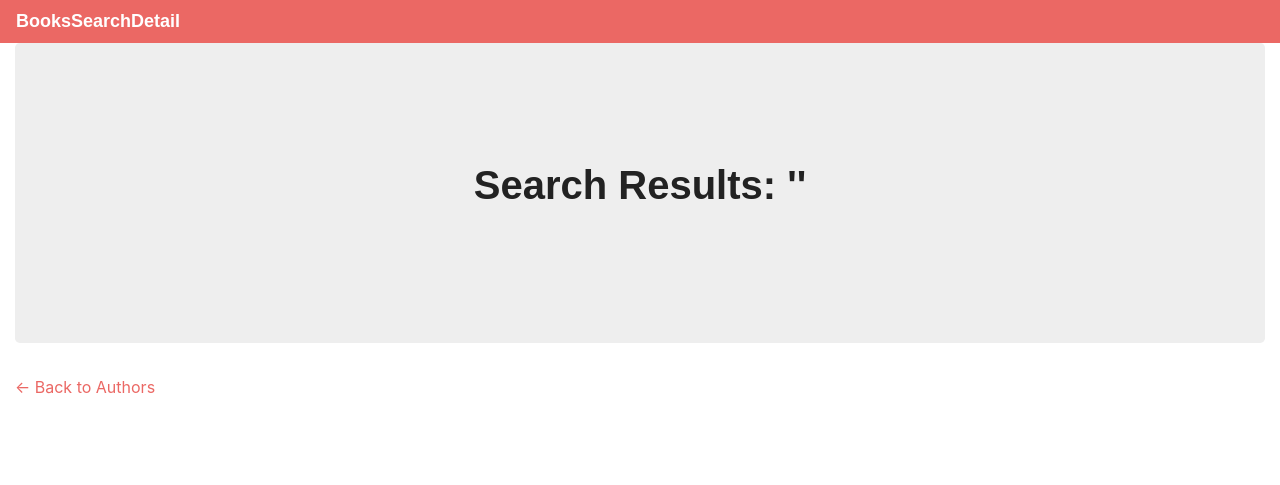
Repository: ionathas78/gBooksScanner
Page: /search (app in client/)
The author's editor kept a copy of each file at every save. The page is drawn from the files as they stood at one save, then again after the next save.
The browser window is 1280 px wide. The pictures show the whole page.
Some web fonts or font styles are not loaded; a fallback is used. Some web libraries are served in a nearby version. The project was rebuilt for these pictures with package versions that can differ from the ones it lists, and the page was loaded fresh each time. Also part of the build but not shown: client/src/components/DeleteBtn/style.css, client/src/components/DeleteBtn/index.js, client/src/components/List/style.css, client/src/components/List/index.js, client/src/pages/Books.js, client/src/pages/Detail.js, client/src/pages/NoMatch.js.

Above is the page before, as saved 2020-05-19 13:04:48.

After the next save:
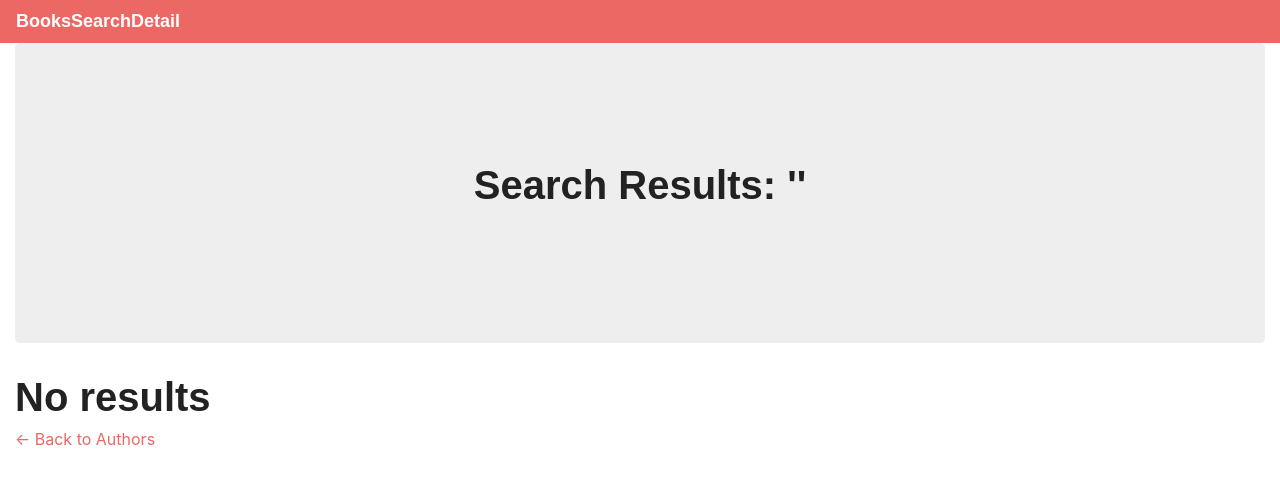
Saved 7 s later.
--- a/client/src/pages/Search.js
+++ b/client/src/pages/Search.js
@@ -87,7 +87,7 @@ function Search(props) {
           </Col>
         </Row>
         {
-          ((books.length = 0) ?
+          ((books.length == 0) ?
             <h1>No results</h1>
             :
             books.map(entry => {
